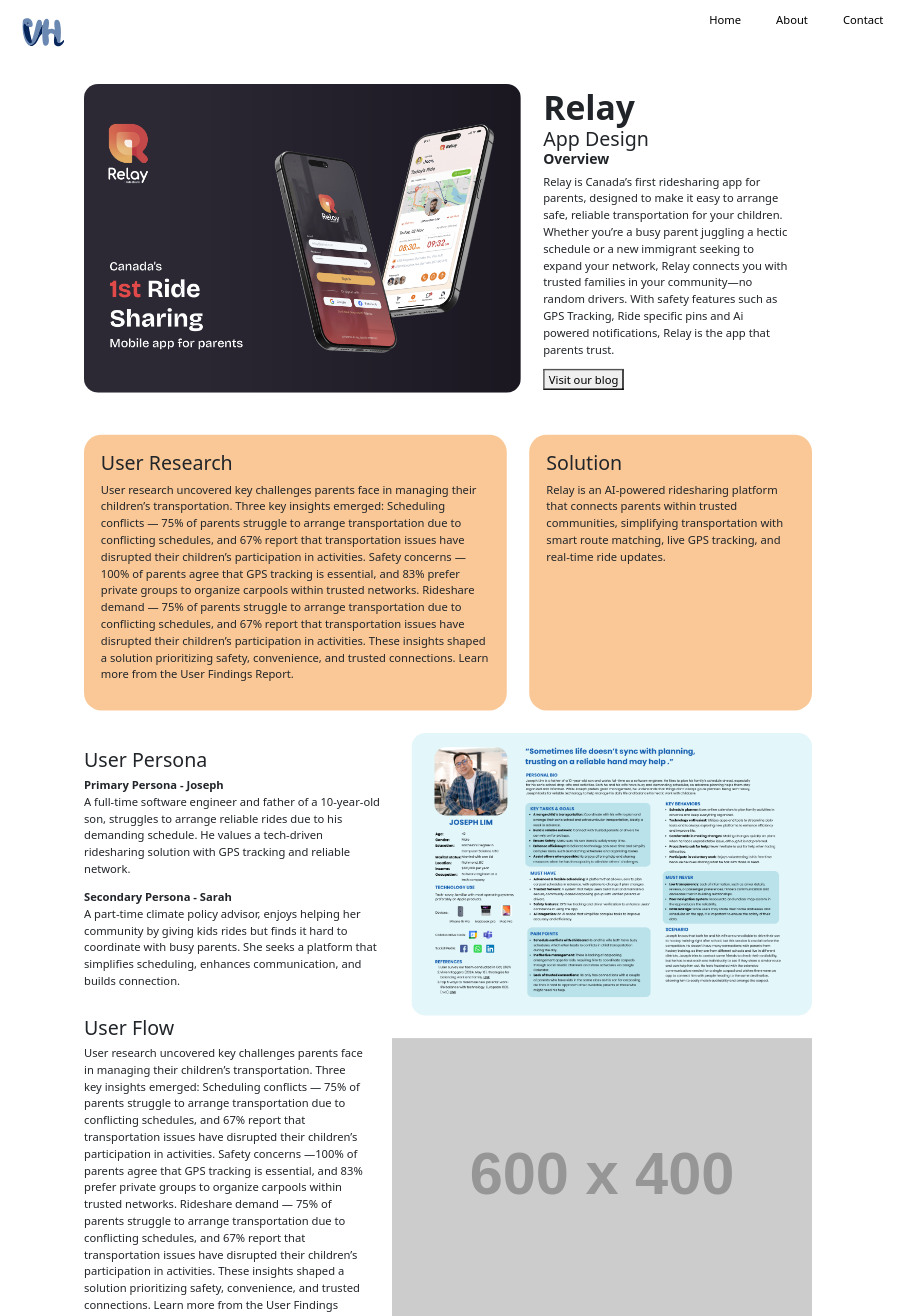
Repository: Vanessahyc/vanessa-portfolio
Page: /relay
These files come from the project's save history. The page is drawn as it stood at one moment and after the next save; the edit follows.
The browser window is 1280 px wide. The page is 1312 px wide, so the pictures cover 1312 px, including what lies to the right of the window. The pictures show the part of the page from y = 0 to 1880 px (the page is 2628 px tall before and 2474 px after), at 70% of full size.
The project was rebuilt for these pictures with package versions that can differ from the ones it lists, and the page was loaded fresh each time. The framework's server and built-in components were replaced by stand-ins that run in the browser. Also part of the build but not shown: next.config.mjs.

Above is the page before, as saved 2025-02-09 16:53:23.

### src/app/layout.js
import { Geist, Geist_Mono } from "next/font/google";
import "./globals.css";
import 'bootstrap/dist/css/bootstrap.min.css'

const geistSans = Geist({
  variable: "--font-geist-sans",
  subsets: ["latin"],
});

const geistMono = Geist_Mono({
  variable: "--font-geist-mono",
  subsets: ["latin"],
});

export const metadata = {
  title: "Create Next App",
  description: "Generated by create next app",
};

export default function RootLayout({ children }) {
  return (
    <html lang="en">
      <body
        className={`${geistSans.variable} ${geistMono.variable} antialiased`}
      >
        {children}
      </body>
    </html>
  );
}

### src/app/relay/page.js
"use client";
import Header from "../../../components/Header";
import styles from "@/app/relay/Relay.module.css";
import Image from "next/image";
import { Swiper, SwiperSlide } from "swiper/react";
import { Navigation, Pagination, Autoplay } from "swiper/modules";
import "swiper/css";
import "swiper/css/navigation";
import "swiper/css/pagination";

export default function Relay() {
  return (
    <>
      <Header />
      <main className={styles.mainContainer}>
        <section className={styles.projectSection}>
          <img src="/relay-images/relay_landing.png" alt="relay app mockup" />
          <div className={styles.projectInfo}>
            <h2>Relay</h2>
            <h3>App Design</h3>
            <h4>Overview</h4>
            <p>
              Relay is Canada’s first ridesharing app for parents, designed to
              make it easy to arrange safe, reliable transportation for your
              children. Whether you’re a busy parent juggling a hectic schedule
              or a new immigrant seeking to expand your network, Relay connects
              you with trusted families in your community—no random drivers.
              With safety features such as GPS Tracking, Ride specific pins and
              Ai powered notifications, Relay is the app that parents trust.
            </p>
            <button>Visit our blog</button>
          </div>
        </section>
        <section className={styles.flexSection}>
          <div className={`${styles.leftBox} ${styles.bg}`}>
            <h3>User Research</h3>
            <p>
              User research uncovered key challenges parents face in managing
              their children’s transportation. Three key insights emerged:
              Scheduling conflicts — 75% of parents struggle to arrange
              transportation due to conflicting schedules, and 67% report that
              transportation issues have disrupted their children’s
              participation in activities. Safety concerns —100% of parents
              agree that GPS tracking is essential, and 83% prefer private
              groups to organize carpools within trusted networks. Rideshare
              demand — 75% of parents struggle to arrange transportation due to
              conflicting schedules, and 67% report that transportation issues
              have disrupted their children’s participation in activities. These
              insights shaped a solution prioritizing safety, convenience, and
              trusted connections. Learn more from the User Findings Report.
            </p>
          </div>
          <div className={`${styles.rightBox} ${styles.bg}`}>
            <h3>Solution</h3>
            <p>
              Relay is an AI-powered ridesharing platform that connects parents
              within trusted communities, simplifying transportation with smart
              route matching, live GPS tracking, and real-time ride updates.
            </p>
          </div>
        </section>
        <section className={styles.subSection}>
          <div className={styles.subContainer}>
            <div className={styles.infoBox}>
              <h3>User Persona</h3>
              <figure>
                <figcaption>
                  <strong>Primary Persona - Joseph</strong>
                </figcaption>
                <p>
                  A full-time software engineer and father of a
                  10-year-old son, struggles to arrange reliable rides due to
                  his demanding schedule. He values a tech-driven ridesharing
                  solution with GPS tracking and reliable network.
                </p>
              </figure>
              <figure>
                <figcaption>
                  <strong>Secondary Persona - Sarah</strong>
                </figcaption>
                <p>
                  A part-time climate policy advisor, enjoys helping
                  her community by giving kids rides but finds it hard to
                  coordinate with busy parents. She seeks a platform that
                  simplifies scheduling, enhances communication, and builds
                  connection.
                </p>
              </figure>
            </div>
            <img className={styles.persona} src="/relay-images/primary_persona.png" alt="placeholder image" />
          </div>
          <div className={styles.subContainer}>
            <div className={styles.infoBox}>
                <h3>User Flow</h3>
                <p>
                User research uncovered key challenges parents face in managing
                their children’s transportation. Three key insights emerged:
                Scheduling conflicts — 75% of parents struggle to arrange
                transportation due to conflicting schedules, and 67% report that
                transportation issues have disrupted their children’s
                participation in activities. Safety concerns —100% of parents
                agree that GPS tracking is essential, and 83% prefer private
                groups to organize carpools within trusted networks. Rideshare
                demand — 75% of parents struggle to arrange transportation due to
                conflicting schedules, and 67% report that transportation issues
                have disrupted their children’s participation in activities. These
                insights shaped a solution prioritizing safety, convenience, and
                trusted connections. Learn more from the User Findings Report.
                </p>

            </div>
            <img src="https://placehold.co/600x400" alt="placeholder image" />
          </div>
        </section>
        <section>
          <div className={styles.subContainer}>
            <h3>Design</h3>
            <p>
              The UI was designed to be simple and accessible, prioritizing
              quick access for busy parents.
            </p>
            <ul>
              <li>
                Navigation: A centralized 'New Ride' button in the nav bar
                ensures easy access to ride requests and offers.
              </li>
              <li>
                Buttons: Rounded shapes create a welcoming feel, with ample size
                and spacing for usability.
              </li>
              <li>Primary: Gradient with rounded edges for emphasis.</li>
              <li>
                Secondary: Solid color with rounded edges for clarity. Tertiary:
                Short, underlined text for multiple actions without clutter.
              </li>
              <li>
                Tertiary: Short, underlined text for multiple actions without
                clutter.
              </li>
              <li>
                Typography: Comfortaa, a rounded and modern typeface, enhances
                warmth, trust, and readability, aligning with the
                community-focused design.
              </li>
            </ul>
            <img src="https://placehold.co/600x400" alt="placeholder image" />
          </div>
        </section>
      </main>
    </>
  );
}

### src/app/globals.css
:root {
  --background: #ffffff;
  --foreground: #171717;
  --font48px: 48px;
  --font32px: 32px;
  --font28px: 28px;
  --font20px: 20px;
  --font18px: 18px;
  --font16px: 16px;
  --font-bold: 700;
  --font-medium: 500;
  --font-regular: 400;

}

body {
  font-family: Montserrat, sans-serif;
}

### components/Header/index.js
import Image from "next/image";
import Link from 'next/link';
import styles from './Header.module.css'

export default function Header() {
  return (
    <nav className={`${styles.navbar}`}>
      <Image src='/images/Logo.svg' alt="Vanessa Huang Logo" width={60} height={60}/>
      <ul>
        <li><Link href="/">Home</Link></li>
        <li><Link href="/about">About</Link></li>
        <li><Link href="/contact">Contact</Link></li>
      </ul>
    </nav>
  );
}

### src/app/relay/Relay.module.css
.mainContainer {
    /* margin: 1em 2em; */
    padding: 0 120px;
}

.projectSection {
    display: flex;
    align-items: center;
}

.projectSection img {
    width: 60%;
    height: 100%;
    border-radius: 20px;
}

.projectInfo {
    width: 40%;
    padding: 2em;
}

.projectInfo h2 {
    font-size: var(--font48px);
    font-weight: var(--font-bold);
    margin: 0;
}

.projectInfo h3 {
    font-size: var(--font28px);
    font-weight: var(--font-regular);
    margin: 0;
}

.projectInfo h4 {
    font-size: var(--font20px);
    font-weight: var(--font-bold);
}

.projectInfo p {
    font-size: var(--font16px);
    font-weight: var(--font-regular);
}

.flexSection {
    display: flex;
    padding-top: 2rem;
}

.leftBox {
    width: 60%;
    margin-right: 2rem;
}

.rightBox {
    width: 40%;
}

.bg {
    background-color: rgb(249, 187, 125, 80%);
    border-radius: 25px;
    padding: 1.5rem;
}

.subSection {
    padding-top: 2rem;
}

.subContainer {
    display: flex;
    align-items: center;
}

.infoBox {
    width: 45%;
    margin-right: 2.5rem;
}

.persona {
    width: 55%;
    border-radius: 20px;
}

### components/Header/Header.module.css
.navbar {
    display: flex;
    justify-content: space-between;
    width: 100%;
    margin: 1em 2em;
}

.navbar ul {
    width: 30%;
    list-style: none;
    display: flex;
    justify-content: flex-end;
}

.navbar li {
    padding-right: 50px;
}

.navbar a {
    text-decoration: none;
    color: black;
    font-weight: var(--font-medium);
}

After the next save:
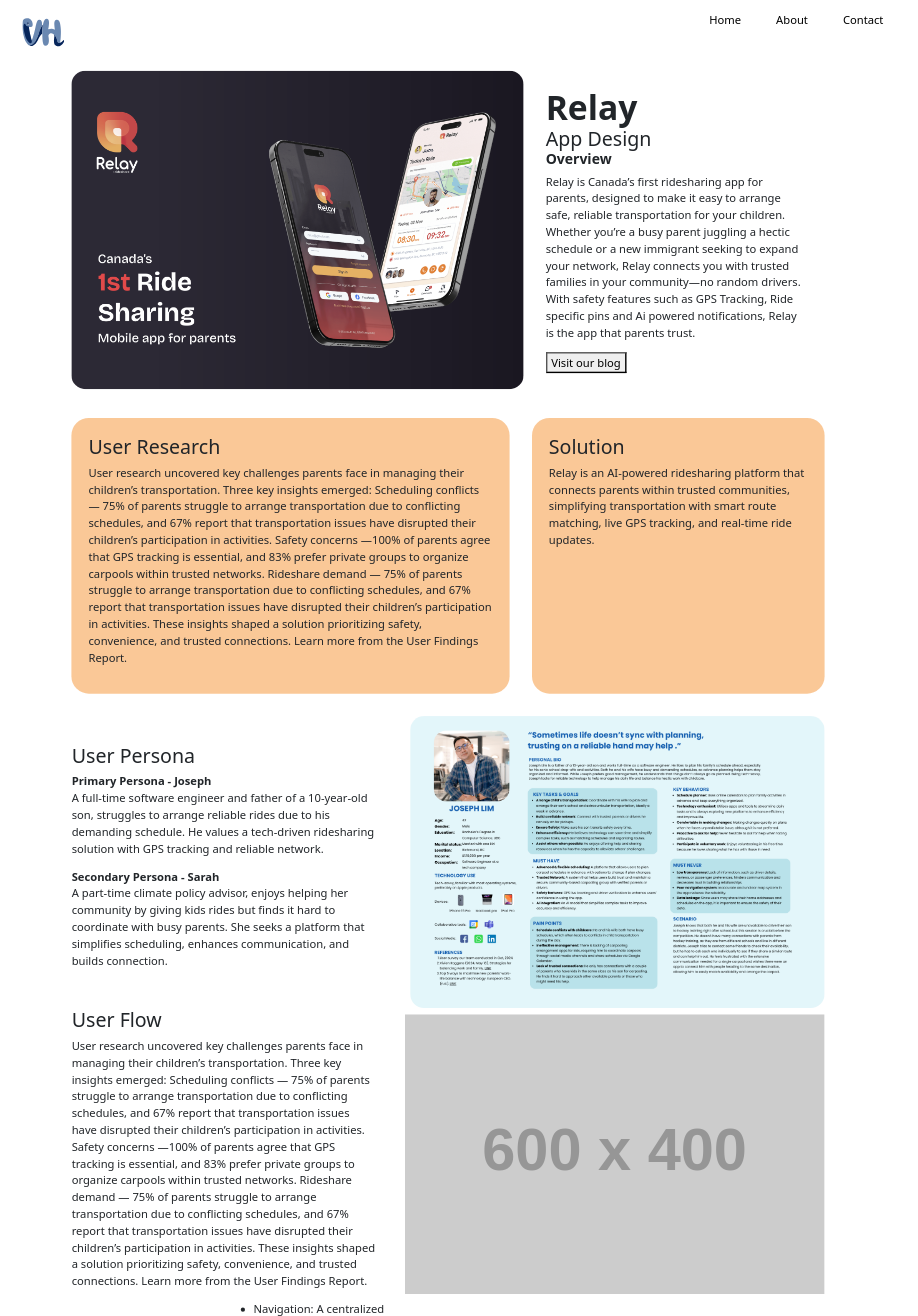
Saved 7 s later.
--- a/src/app/relay/Relay.module.css
+++ b/src/app/relay/Relay.module.css
@@ -1,6 +1,6 @@
 .mainContainer {
     /* margin: 1em 2em; */
-    padding: 0 120px;
+    padding: 0 8%;
 }
 
 .projectSection {
